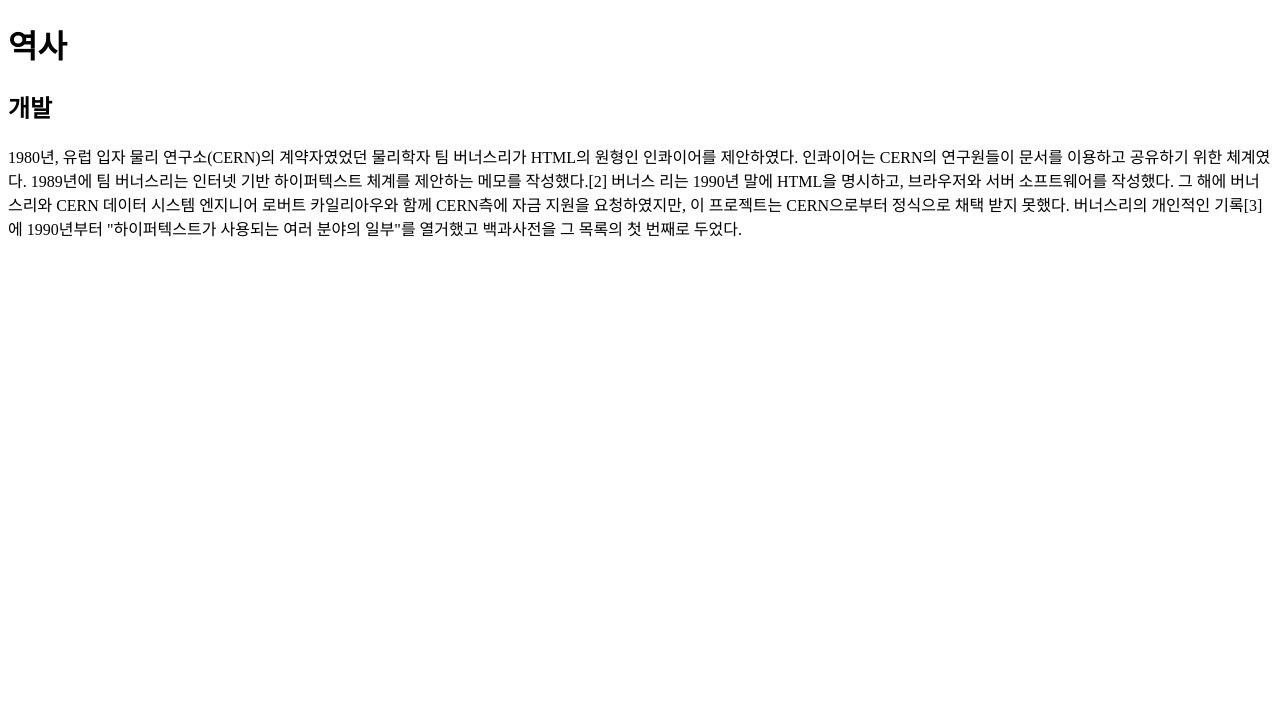
Repository: KimHeonSeung/TJE_HTML
Page: sources/day_01/WebContent/html_wiki.html
The author's editor kept a copy of each file at every save. The page is drawn from the files as they stood at one save, then again after the next save.
The browser window is 1280 px wide. The pictures show the whole page.

Above is the page before, as saved 2019-05-13 01:23:04.

### sources/day_01/WebContent/html_wiki.html
<!DOCTYPE html>
<html>
<head>
<meta charset="UTF-8">
<title>HTML 소개</title>
</head>
<body>

<h1>역사</h1>

<h2>개발</h2>

<p>1980년, 유럽 입자 물리 연구소(CERN)의 계약자였었던 물리학자 팀 버너스리가 HTML의 원형인 인콰이어를 제안하였다. 인콰이어는 CERN의 연구원들이 문서를 이용하고 공유하기 위한 체계였다. 1989년에 팀 버너스리는 인터넷 기반 하이퍼텍스트 체계를 제안하는 메모를 작성했다.[2] 버너스 리는 1990년 말에 HTML을 명시하고, 브라우저와 서버 소프트웨어를 작성했다. 그 해에 버너스리와 CERN 데이터 시스템 엔지니어 로버트 카일리아우와 함께 CERN측에 자금 지원을 요청하였지만, 이 프로젝트는 CERN으로부터 정식으로 채택 받지 못했다. 버너스리의 개인적인 기록[3] 에 1990년부터 "하이퍼텍스트가 사용되는 여러 분야의 일부"를 열거했고 백과사전을 그 목록의 첫 번째로 두었다.</p>


</body>
</html>

After the next save:
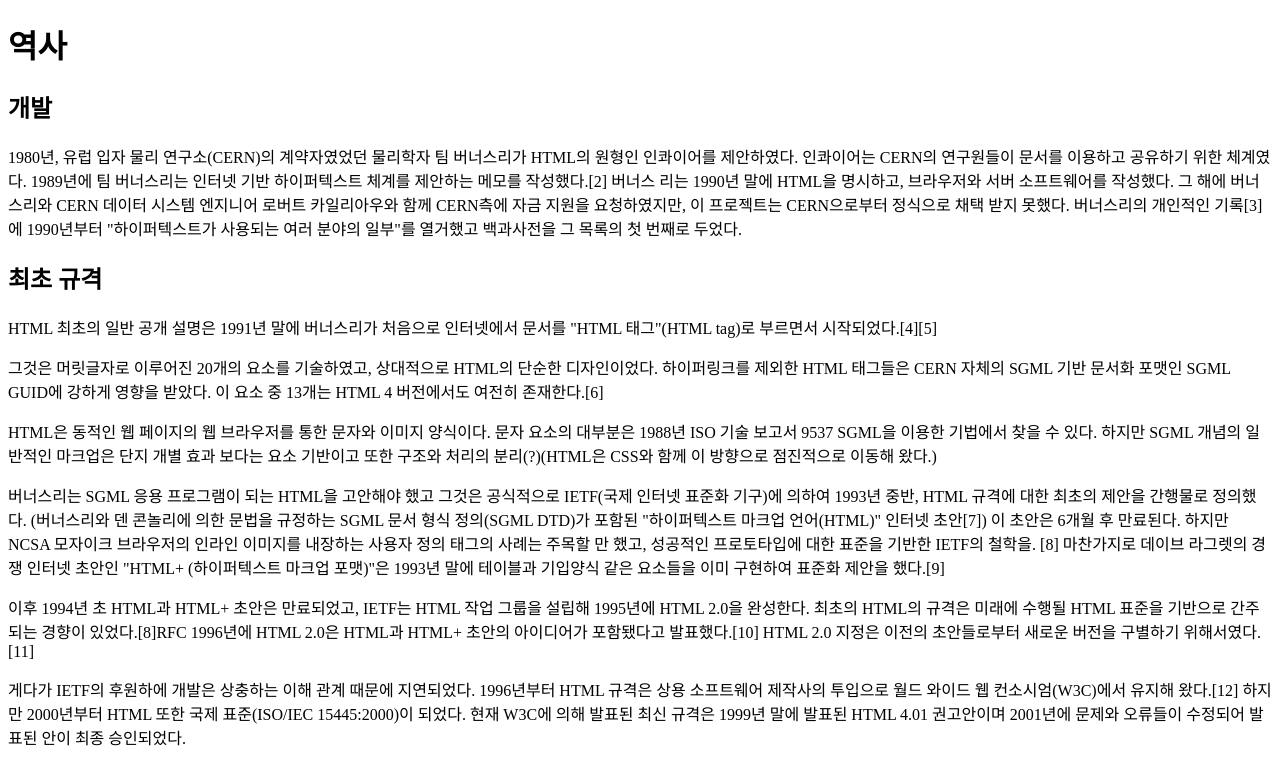
Saved 97 s later.
--- a/sources/day_01/WebContent/html_wiki.html
+++ b/sources/day_01/WebContent/html_wiki.html
@@ -12,6 +12,21 @@
 
 <p>1980년, 유럽 입자 물리 연구소(CERN)의 계약자였었던 물리학자 팀 버너스리가 HTML의 원형인 인콰이어를 제안하였다. 인콰이어는 CERN의 연구원들이 문서를 이용하고 공유하기 위한 체계였다. 1989년에 팀 버너스리는 인터넷 기반 하이퍼텍스트 체계를 제안하는 메모를 작성했다.[2] 버너스 리는 1990년 말에 HTML을 명시하고, 브라우저와 서버 소프트웨어를 작성했다. 그 해에 버너스리와 CERN 데이터 시스템 엔지니어 로버트 카일리아우와 함께 CERN측에 자금 지원을 요청하였지만, 이 프로젝트는 CERN으로부터 정식으로 채택 받지 못했다. 버너스리의 개인적인 기록[3] 에 1990년부터 "하이퍼텍스트가 사용되는 여러 분야의 일부"를 열거했고 백과사전을 그 목록의 첫 번째로 두었다.</p>
 
+<h2>최초 규격</h2>
+
+<p>HTML 최초의 일반 공개 설명은 1991년 말에 버너스리가 처음으로 인터넷에서 문서를 "HTML 태그"(HTML tag)로 부르면서 시작되었다.[4][5]</p>
+
+<p>그것은 머릿글자로 이루어진 20개의 요소를 기술하였고, 상대적으로 HTML의 단순한 디자인이었다. 하이퍼링크를 제외한 HTML 태그들은 CERN 자체의 SGML 기반 문서화 포맷인 SGML GUID에 강하게 영향을 받았다. 이 요소 중 13개는 HTML 4 버전에서도 여전히 존재한다.[6]</p>
+
+<p>HTML은 동적인 웹 페이지의 웹 브라우저를 통한 문자와 이미지 양식이다. 문자 요소의 대부분은 1988년 ISO 기술 보고서 9537 SGML을 이용한 기법에서 찾을 수 있다. 하지만 SGML 개념의 일반적인 마크업은 단지 개별 효과 보다는 요소 기반이고 또한 구조와 처리의 분리(?)(HTML은 CSS와 함께 이 방향으로 점진적으로 이동해 왔다.)</p>
+
+<p>버너스리는 SGML 응용 프로그램이 되는 HTML을 고안해야 했고 그것은 공식적으로 IETF(국제 인터넷 표준화 기구)에 의하여 1993년 중반, HTML 규격에 대한 최초의 제안을 간행물로 정의했다. (버너스리와 덴 콘놀리에 의한 문법을 규정하는 SGML 문서 형식 정의(SGML DTD)가 포함된 "하이퍼텍스트 마크업 언어(HTML)" 인터넷 초안[7]) 이 초안은 6개월 후 만료된다. 하지만 NCSA 모자이크 브라우저의 인라인 이미지를 내장하는 사용자 정의 태그의 사례는 주목할 만 했고, 성공적인 프로토타입에 대한 표준을 기반한 IETF의 철학을. [8] 마찬가지로 데이브 라그렛의 경쟁 인터넷 초안인 "HTML+ (하이퍼텍스트 마크업 포맷)"은 1993년 말에 테이블과 기입양식 같은 요소들을 이미 구현하여 표준화 제안을 했다.[9]</p>
+
+<p>이후 1994년 초 HTML과 HTML+ 초안은 만료되었고, IETF는 HTML 작업 그룹을 설립해 1995년에 HTML 2.0을 완성한다. 최초의 HTML의 규격은 미래에 수행될 HTML 표준을 기반으로 간주되는 경향이 있었다.[8]RFC 1996년에 HTML 2.0은 HTML과 HTML+ 초안의 아이디어가 포함됐다고 발표했다.[10] HTML 2.0 지정은 이전의 초안들로부터 새로운 버전을 구별하기 위해서였다.[11]</p>
+
+<p>게다가 IETF의 후원하에 개발은 상충하는 이해 관계 때문에 지연되었다. 1996년부터 HTML 규격은 상용 소프트웨어 제작사의 투입으로 월드 와이드 웹 컨소시엄(W3C)에서 유지해 왔다.[12] 하지만 2000년부터 HTML 또한 국제 표준(ISO/IEC 15445:2000)이 되었다. 현재 W3C에 의해 발표된 최신 규격은 1999년 말에 발표된 HTML 4.01 권고안이며 2001년에 문제와 오류들이 수정되어 발표된 안이 최종 승인되었다.</p>
+
+
 
 </body>
 </html>
